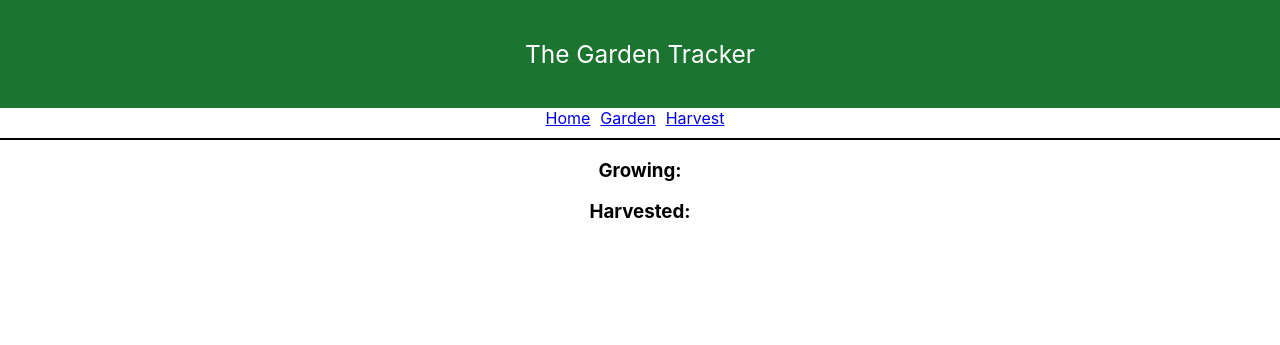
Repository: charliejp0311/ReactReduxFinal
Page: / (app in gardentracker/)
The author's editor kept a copy of each file at every save. The page is drawn from the files as they stood at one save, then again after the next save.
The browser window is 1280 px wide. The pictures show the whole page.
The page's requests for data from a server got no answer. The project was rebuilt for these pictures with package versions that can differ from the ones it lists, and the page was loaded fresh each time. No one was signed in, and anything a server would have sent is missing. Also part of the build but not shown: gardentracker/src/components/plantForm.js, gardentracker/src/components/GardenPlant.js, gardentracker/src/components/HarvestPlant.js, gardentracker/src/components/plantList.js, gardentracker/src/containers/GardenContainer.js, gardentracker/src/containers/HarvestContainer.js, gardentracker/src/components/UpdatePlantForm.js, gardentracker/src/components/NoteForm.js and 3 more.

Above is the page before, as saved 2020-11-09 11:56:56.

After the next save:
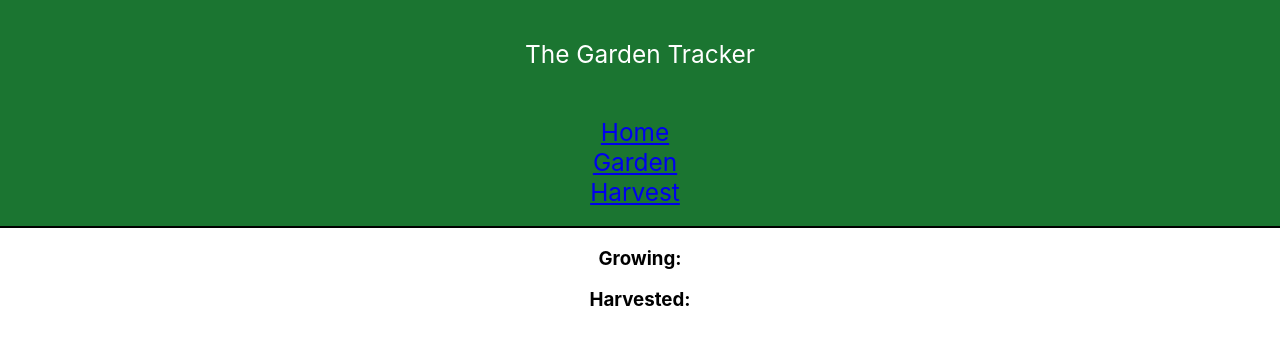
Saved 3 min 29 s later.
--- a/gardentracker/src/components/Navbar.js
+++ b/gardentracker/src/components/Navbar.js
@@ -3,7 +3,7 @@
 
 const NavBar = () => {
   return (
-    <div style={{ borderBottom: '2px solid black', paddingBottom: '10px', marginBottom: '12px' }}>
+    <div className='App-header' style={{ borderBottom: '2px solid black', paddingBottom: '10px', marginBottom: '12px' }}>
       <NavLink
         style={{ marginRight: '10px' }}
         to="/"

After the 2 saves that followed:
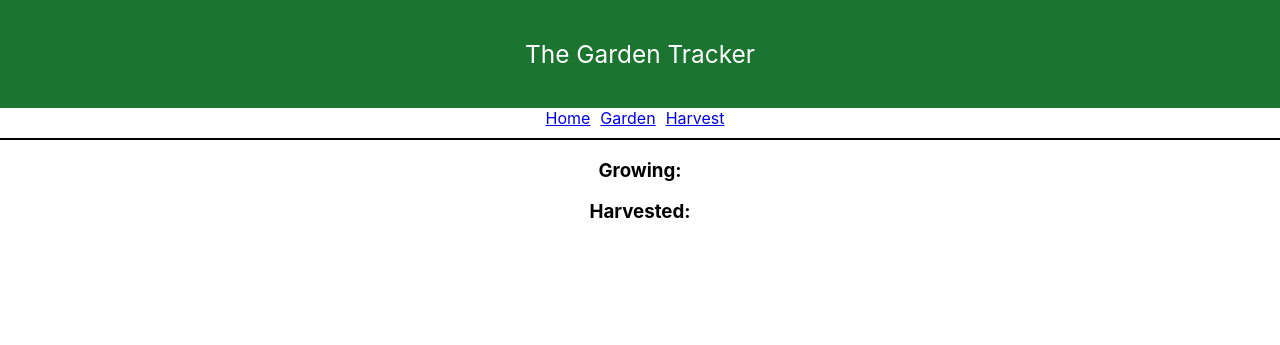
The 2 saves are shown as one change because 1 left the picture as it was.
The last was saved 7 min 40 s later.
--- a/gardentracker/src/App.css
+++ b/gardentracker/src/App.css
@@ -23,6 +23,8 @@
   font-size: calc(10px + 2vmin);
   color: white;
 }
+
+
 
 .App-link {
   color: #61dafb;
--- a/gardentracker/src/components/Navbar.js
+++ b/gardentracker/src/components/Navbar.js
@@ -3,7 +3,7 @@
 
 const NavBar = () => {
   return (
-    <div className='App-header' style={{ borderBottom: '2px solid black', paddingBottom: '10px', marginBottom: '12px' }}>
+    <div style={{ borderBottom: '2px solid black', paddingBottom: '10px', marginBottom: '12px', color: '#1b7531' }}>
       <NavLink
         style={{ marginRight: '10px' }}
         to="/"
